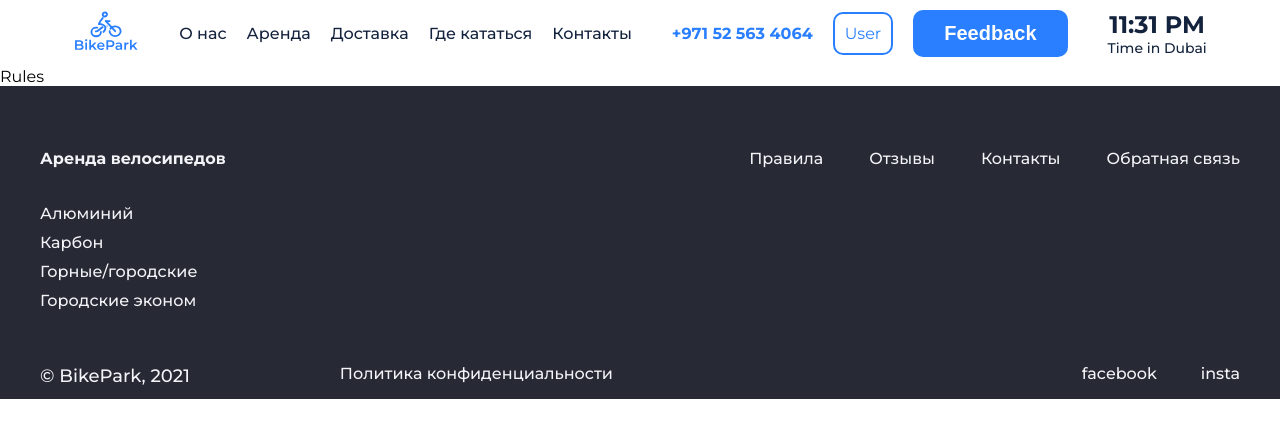
Repository: NineSirius/bikepark
Page: /delivery/rules
The author's editor kept a copy of each file at every save. The page is drawn from the files as they stood at one save, then again after the next save.
The browser window is 1280 px wide. The pictures show the whole page.
The project was rebuilt for these pictures with package versions that can differ from the ones it lists, and the page was loaded fresh each time. The framework's server and built-in components were replaced by stand-ins that run in the browser. Also part of the build but not shown: next.config.js, src/containers/RulesPage/RulesPage.module.css, src/containers/RulesPage/index.jsx.

Above is the page before, as saved 2023-03-14 21:17:02.

### src/pages/_app.jsx
import { Layout } from '@/containers/Layout'
import '@/styles/globals.css'
import { Montserrat } from 'next/font/google'

const montserrat = Montserrat({
    weight: ['400', '500', '600', '700'],
    subsets: ['latin'],
})

export default function App({ Component, pageProps }) {
    return (
        <>
            <div className={montserrat.className}>
                <Layout>
                    <Component {...pageProps} />
                </Layout>
            </div>
        </>
    )
}

### src/pages/delivery/rules/index.jsx
import { RulesPage } from "@/containers/RulesPage";

const Rules = () => {
  return <div>Rules</div>;
};

export default Rules;

### src/containers/Layout/index.jsx
import { Footer } from '@/components/Footer'
import { Navbar } from '@/components/Navbar'
import React from 'react'

export const Layout = ({ children }) => {
    return (
        <>
            <Navbar />

            <main className="main">{children}</main>
            <Footer/>
        </>
    )
}

### src/styles/globals.css
*,
*::before,
*::after {
    box-sizing: border-box;
    margin: 0;
    padding: 0;
}

:root {
    --primary-color: #297fff;
    --primary-hover-color: #005eff;

    --bg-color: #f2f4f7;
    --borders-color: #dde3eb;
    --captions-color: #abb1c5;
    --text-box-color: #737b98;
    --text-color: #14233d;
    --bg-footer: #272934;

    --max-width: 1240px;

    --big-title-size: 4.375rem;
    --medium-title-size: 3.75rem;
    --subtitle-size: 2.5rem;
    --main-text-size: 1.875rem;
    --caption-size: 1.25rem;
    --link-size: 1rem;
}

a {
    color: var(--primary-color);
    font-size: 16px;
    font-weight: 500;
    text-decoration: none;
}

a:hover {
    color: var(--primary-hover-color);
    text-decoration: underline;
}
p {
    font-weight: 500;
    font-size: 18px;
    line-height: 140%;

    color: var(--text-color);
}
ul {
    list-style: none;
}

h1,
h2,
h3,
h4,
h5,
h6 {
    color: var(--text-color);
}

ul {
    list-style: none;
}
.container {
    max-width: var(--max-width);
    margin: 0 auto;
    padding: 10px 20px;
}

.card {
    background: #f2f4f7;
    border-radius: 20px;
    padding: 50px 40px;
}

.overlay {
    position: fixed;
    top: 0;
    left: 0;
    width: 100vw;
    height: 100vh;
    background: rgba(0, 0, 0, 0.5);
    z-index: 10;
    visibility: hidden;
    opacity: 0;
    transition: 0.2s;
}

.overlay.active {
    visibility: visible;
    opacity: 1;
}

### src/components/Footer/index.jsx
import styles from "./footer.module.css";
import Link from "next/link";
import clsx from "clsx";

export const Footer = () => {
  return (
    <footer className={styles.footer}>
      <div className={clsx(styles.footerContent, "container")}>
        <div className={styles.links}>
          <h4 className={styles.white}>Аренда велосипедов</h4>
          <div className={styles.gap}>
            <Link className={styles.a} href="">
              Правила
            </Link>
            <Link className={styles.a} href="">
              Отзывы
            </Link>
            <Link className={styles.a} href="">
              Контакты
            </Link>
            <Link className={styles.a} href="">
              Обратная связь
            </Link>
          </div>
        </div>

        <ul className={styles.ul}>
          <div className={styles.heightLink}>
            <li>
              <Link className={styles.a} href="">
                Алюминий
              </Link>
            </li>
            <li>
              <Link className={styles.a} href="">
                Карбон
              </Link>
            </li>
            <li>
              <Link className={styles.a} href="">
                Горные/городские
              </Link>
            </li>
            <li>
              <Link className={styles.a} href="">
                Городские эконом
              </Link>
            </li>
          </div>
        </ul>
        <div className={styles.last}>
          <p className={styles.white}>© BikePark, 2021</p>
          <Link className={styles.a} href="">
            Политика конфиденциальности
          </Link>
          <div className={styles.social}>
            <Link className={styles.a} href="">
              facebook
            </Link>
            <Link className={styles.a} href="">
              insta
            </Link>
          </div>
        </div>
      </div>
    </footer>
  );
};

### src/components/Navbar/index.jsx
import clsx from 'clsx'
import Image from 'next/image'
import Link from 'next/link'
import { useRouter } from 'next/router'
import Button from '../UI/Button'
import { navData } from './navData'
import styles from './style.module.css'
import { useEffect, useState } from 'react'
import { Tooltip } from '../UI/Tooltip'
import { Hamburger } from '../Hamburger'
import { ContactForm } from './ContactForm'

export const Navbar = () => {
    const { asPath } = useRouter()
    const [feedbackActive, setFeedbackActive] = useState(false)

    const [timeDubai, setTimeDubai] = useState('0:00 AM')
    const [navActive, setNavActive] = useState(false)

    let time = new Date()

    setInterval(() => {
        time = new Date()

        const worldTime = time.getUTCHours() + 4

        const timeFormat = worldTime <= 12 ? 'AM' : 'PM'
        const hours = worldTime > 12 ? worldTime - 12 : worldTime

        const minutes =
            time.getMinutes() < 10 ? '0' + time.getMinutes() : time.getMinutes()

        setTimeDubai(`${hours}:${minutes} ${timeFormat}`)
    }, 1000)

    const hamburgerActive = () => {}

    return (
        <header className={styles.header}>
            <div className={clsx('container', styles.navContainer)}>
                <div className="logo">
                    <Image
                        src="/img/logo.svg"
                        alt="logo"
                        width="66"
                        height="42"
                    />
                </div>

                <div
                    className={clsx(
                        styles.mobileNavContainer,
                        navActive && styles.active,
                    )}
                >
                    <nav className={styles.nav}>
                        {navData.map((item) => {
                            return (
                                <Link
                                    key={item.id}
                                    href={item.path}
                                    className={clsx(
                                        styles.navLink,
                                        asPath === item.path && styles.active,
                                    )}
                                >
                                    {item.title}
                                </Link>
                            )
                        })}
                    </nav>

                    <div className={styles.controls}>
                        <Link
                            href="tel:+971 52 563 4064"
                            className={styles.phone}
                        >
                            +971 52 563 4064
                        </Link>

                        <Tooltip type="account" title="User">
                            <Link href="/orders">Личный кабинет</Link>
                            <Link href="/orders">Выйти</Link>
                        </Tooltip>
                        <Button
                            type="nav_default_small"
                            onClick={() => setFeedbackActive(true)}
                        >
                            Feedback
                        </Button>
                    </div>

                    <ContactForm
                        feedbackActive={feedbackActive}
                        setFeedbackActive={setFeedbackActive}
                    />
                </div>
                <div className={styles.navTime}>
                    <h2>{timeDubai}</h2>
                    <span>Time in Dubai</span>
                </div>

                <Hamburger
                    onClick={() => setNavActive((navActive) => !navActive)}
                    isActive={navActive}
                />
            </div>
        </header>
    )
}

### src/components/Footer/footer.module.css
.footer {
  background: var(--bg-footer);
}
.ul {
  padding: 10px 0;
}
.a {
  color: var(--bg-color);
}
.df {
  display: flex;
  justify-content: space-between;
  max-width: 600px;
}
.links {
  margin-top: 53px;
  display: flex;
  justify-content: space-between;
}
.gap {
  display: flex;
  gap: 46px;
}
.white {
  color: var(--bg-color);
}
.heightLink {
  display: flex;
  margin-top: 26px;
  flex-direction: column;
  gap: 10px;
}
.last {
  display: flex;
  justify-content: space-between;
}
.social {
  display: flex;
  gap: 44px;
  margin-left: auto;
}

.last {
  display: flex;
  margin-top: 44px;

  gap: 150px;
}

### src/components/UI/Button/index.jsx
import clsx from 'clsx'
import styles from './Button.module.css'

const Button = ({ children, type, onClick, disabled }) => {
    return (
        <button
            className={clsx(styles.btn, type && styles[type])}
            onClick={onClick && onClick}
            disabled={disabled && disabled}
        >
            {children}
        </button>
    )
}

export default Button

### src/components/Navbar/navData.js
export const navData = [
    {
        id: 1,
        title: 'О нас',
        path: '/about',
    },
    {
        id: 2,
        title: 'Аренда',
        path: '/',
    },
    {
        id: 3,
        title: 'Доставка',
        path: '/delivery',
    },
    {
        id: 4,
        title: 'Где кататься',
        path: '/where-ride',
    },
    {
        id: 5,
        title: 'Контакты',
        path: '/contacts',
    },
]

### src/components/Navbar/style.module.css
.header {
    display: flex;
}

.logo {
    max-width: 66px;
}

.nav {
    display: flex;
    align-items: center;
    gap: 20px;
}

.navContainer {
    display: flex;
    align-items: center;
    gap: 40px;
    padding: 20px 40px;
}

.mobileNavContainer {
    display: flex;
    align-items: center;
    gap: 40px;
}

.navLink {
    color: var(--text-color);
}

.navLink.active {
    color: var(--primary-color);
    font-weight: 700;
}

.navLink:hover {
    text-decoration: none;
}

.controls {
    display: flex;
    align-items: center;
    gap: 20px;
}

.phone {
    font-weight: 700;
}

.navTime {
    display: flex;
    flex-direction: column;
    align-items: center;
}

.navTime span {
    font-weight: 500;
    color: var(--text-color);
    font-size: 14px;
}

.hamburger {
    display: none;
}

/* Modal */

@media (max-width: 1200px) {
    .navContainer {
        align-items: start;
    }

    .mobileNavContainer {
        justify-content: center;
        align-items: center;
        flex-direction: column;
    }
    .controls {
        margin-left: auto;
        order: 2;
    }

    .logo {
        order: 1;
    }

    .nav {
        order: 3;
    }

    .navTime {
        width: max-content;
    }
}

@media (max-width: 768px) {
    .navContainer {
        position: relative;
        width: 100vw;
        gap: 10px;
    }

    .logo {
        margin-right: auto;
        z-index: 13;
    }
    .navTime {
        margin-left: auto;
    }

    .mobileNavContainer {
        position: fixed;
        bottom: 0;
        right: 0;
        width: 100vw;
        height: 100%;
        flex-wrap: nowrap;
        flex-direction: column;
        align-items: start;
        background: #fff;
        z-index: 11;

        transition: 0.2s;
        transform: translateX(100%);
    }

    .mobileNavContainer .nav {
        padding: 40px;
        align-items: start;
        flex-direction: column;
        gap: 40px;
        order: 1;
    }

    .mobileNavContainer .nav a {
        font-size: 24px;
    }

    .mobileNavContainer .controls {
        width: 100%;
        display: flex;
        flex-direction: column;
        margin: unset;
        padding: 40px;
    }

    .logo,
    .navTime {
        z-index: 15;
    }

    .mobileNavContainer.active {
        transform: translateX(0);
    }
}

### src/components/UI/Tooltip/index.jsx
import clsx from 'clsx'
import { useState } from 'react'
import Button from '../Button'
import styles from './Tooltip.module.css'

export const Tooltip = ({ children, type, title }) => {
    const [isVisible, setIsVisible] = useState(false)
    const change = () => {
        setIsVisible((state) => !state)
    }
    return (
        <>
            <div className={styles.tooltip}>
                <div className={styles.btn}>
                    <label>
                        <input type="checkbox" onChange={change} />
                        <span className={isVisible && styles.active}>
                            {title}
                        </span>
                    </label>
                </div>
                <div
                    className={clsx(
                        styles.tooltipContent,
                        type && styles[type],
                        isVisible && styles.active,
                    )}
                >
                    {children}
                </div>
            </div>

            <div
                className={clsx(styles.overlay, isVisible && styles.active)}
                onClick={change}
            ></div>
        </>
    )
}

### src/components/Hamburger/index.jsx
import hamburgerCss from './hamburger.module.css'

import clsx from 'clsx'

export const Hamburger = ({ onClick, isActive }) => {
    return (
        <div
            className={clsx(
                hamburgerCss.hamburger,
                hamburgerCss['hamburger--slider'],
                isActive && hamburgerCss['is-active'],
            )}
            onClick={onClick}
        >
            <div className={hamburgerCss['hamburger-box']}>
                <div className={hamburgerCss['hamburger-inner']}></div>
            </div>
        </div>
    )
}

### src/components/Navbar/ContactForm/index.jsx
import { Modal } from '@/components/UI/Modal'
import { Input } from '@/components/UI/Input'
import Button from '@/components/UI/Button'
import styles from './ContactForm.module.css'
import { CheckBox } from '@/components/UI/Checkbox'
import { useState } from 'react'
import { postQuestionRequest } from '@/api/requests'

export const ContactForm = ({ feedbackActive, setFeedbackActive }) => {
    const [contactData, setContactData] = useState({
        name: '',
        phone: '',
        agreement: false,
    })

    const change = (e) => {
        setContactData((contactData) => {
            if (e.target.name !== 'agreement') {
                console.log(e.target.value)
                return {
                    ...contactData,
                    [e.target.name]: e.target.value,
                }
            } else {
                console.log(e.target.checked)

                return {
                    ...contactData,
                    [e.target.name]: e.target.checked,
                }
            }
        })
    }

    const submit = (e) => {
        e.preventDefault()
        // postQuestionRequest(contactData)
    }

    return (
        <Modal
            isVisible={feedbackActive}
            close={() => setFeedbackActive(false)}
        >
            <h2 className={styles.title}>
                Есть вопросы? Оставьте номер, и мы все обсудим
            </h2>

            <form onSubmit={submit}>
                <div className={styles.contactForm}>
                    <Input
                        type="text"
                        placeholder="Имя*"
                        name="name"
                        onChange={change}
                        required
                    />
                    <Input
                        type="text"
                        placeholder="Номер телефона*"
                        name="phone"
                        onChange={change}
                        required
                    />

                    <div className={styles.formCheck}>
                        <CheckBox
                            type="default"
                            onChange={change}
                            name="agreement"
                            required
                        />
                        <h4 className={styles['check-title']}>
                            Согласие на обработку персональных данных
                        </h4>
                    </div>

                    <Button
                        type="default_fill"
                        disabled={!contactData.agreement}
                    >
                        Отправить
                    </Button>
                </div>
            </form>
        </Modal>
    )
}

### src/components/UI/Button/Button.module.css
.btn {
    display: inline-flex;
    justify-content: center;
    align-items: center;
    color: #fff;
    font-weight: 700;
    border: unset;
    background: var(--primary-color);
    font-size: 20px;
    border-radius: 10px;
    transition: 0.2s;
}

.default,
.default_fill {
    padding: 20px 0;
    min-width: 260px;
}

.default_fill {
    width: 100%;
    font-weight: 500;
}

.default_small,
.nav_default_small {
    padding: 12px 31px;
}

.default:hover,
.default_small:hover,
.nav_default_small:hover,
.default_fill:hover {
    cursor: pointer;
    background: var(--primary-hover-color);
}

.default:disabled,
.default_small:disabled,
.nav_default_small:disabled,
.default_fill:disabled {
    background: var(--borders-color);
}

.default:disabled:hover,
.default_small:disabled:hover,
.nav_default_small:disabled:hover,
.default_fill:disabled:hover {
    cursor: not-allowed;
    background: var(--borders-color);
}

.square_outline {
    cursor: pointer;
    padding: 10px 15px;
    background: none;
    color: var(--primary-color);
    border: 2px solid var(--primary-color);
}

.square_outline:hover {
    background: var(--primary-color);
    color: #fff;
    border: 2px solid var(--primary-hover-color);
}

@media (max-width: 768px) {
    .nav_default_small {
        width: 100%;
        font-weight: 500;
    }
}

### src/components/UI/Tooltip/Tooltip.module.css
.tooltip {
    position: relative;
    display: inline-flex;
}

.tooltip input {
    display: none;
}

.tooltip span {
    display: inline-flex;
    border: 2px solid var(--primary-color);
    padding: 10px;
    border-radius: 10px;
    color: var(--primary-color);
    transition: 0.2s;
}

.tooltip span:hover {
    cursor: pointer;
    background: var(--primary-color);
    color: #fff;
}

.tooltip span.active {
    background: var(--primary-color);
    color: #fff;
}

.tooltipContent {
    width: max-content;
    max-width: 260px;
    position: absolute;
    top: 45px;
    left: 50%;
    transform: translateX(-50%);
    background: #ffffff;
    border: 1px solid var(--borders-color);
    border-radius: 2px;
    padding: 10px 24px;
    border-radius: 10px;
    z-index: 101;
    visibility: hidden;
    opacity: 0;
    transition: 0.2s;
}

.tooltipContent::before,
.tooltipContent::after {
    content: '';
    position: absolute;
    left: 50%;
    transform: translateX(-50%);
    top: -20px;
    border: 10px solid transparent;
    border-bottom: 10px solid var(--borders-color);
}
.tooltipContent::after {
    border-bottom: 10px solid white;
    top: -19px;
}

.tooltipContent.active {
    visibility: visible;
    opacity: 1;
}

.account {
    display: flex;
    flex-direction: column;
    gap: 10px;
}

.account a {
    color: var(--text-color);
}
.account a:hover {
    color: var(--text-color);
}

.overlay {
    position: fixed;
    top: 0;
    left: 0;
    width: 100vw;
    height: 100vh;
    z-index: 100;

    display: none;
}

.overlay.active {
    display: block;
}

### src/components/Hamburger/hamburger.module.css
.hamburger {
    padding: 15px 0;
    display: none;
    cursor: pointer;
    transition-property: opacity, filter;
    transition-duration: 0.15s;
    transition-timing-function: linear;
    font: inherit;
    color: inherit;
    text-transform: none;
    background-color: transparent;
    border: 0;
    margin: 0;
    overflow: visible;
    z-index: 12;
}
.hamburger:hover {
    opacity: 0.7;
}
.hamburger.is-active:hover {
    opacity: 0.7;
}
.hamburger.is-active .hamburger-inner,
.hamburger.is-active .hamburger-inner::before,
.hamburger.is-active .hamburger-inner::after {
    background-color: #000;
}

.hamburger-box {
    width: 40px;
    height: 24px;
    display: inline-block;
    position: relative;
}

.hamburger-inner {
    display: block;
    top: 50%;
    margin-top: -2px;
}
.hamburger-inner,
.hamburger-inner::before,
.hamburger-inner::after {
    width: 40px;
    height: 4px;
    background-color: #000;
    border-radius: 4px;
    position: absolute;
    transition-property: transform;
    transition-duration: 0.15s;
    transition-timing-function: ease;
}
.hamburger-inner::before,
.hamburger-inner::after {
    content: '';
    display: block;
}
.hamburger-inner::before {
    top: -10px;
}
.hamburger-inner::after {
    bottom: -10px;
}

.hamburger--slider .hamburger-inner {
    top: 2px;
}
.hamburger--slider .hamburger-inner::before {
    top: 10px;
    transition-property: transform, opacity;
    transition-timing-function: ease;
    transition-duration: 0.15s;
}
.hamburger--slider .hamburger-inner::after {
    top: 20px;
}

.hamburger--slider.is-active .hamburger-inner {
    transform: translate3d(0, 10px, 0) rotate(45deg);
}
.hamburger--slider.is-active .hamburger-inner::before {
    transform: rotate(-45deg) translate3d(-5.71429px, -6px, 0);
    opacity: 0;
}
.hamburger--slider.is-active .hamburger-inner::after {
    transform: translate3d(0, -20px, 0) rotate(-90deg);
}

.hamburger--slider-r .hamburger-inner {
    top: 2px;
}
.hamburger--slider-r .hamburger-inner::before {
    top: 10px;
    transition-property: transform, opacity;
    transition-timing-function: ease;
    transition-duration: 0.15s;
}
.hamburger--slider-r .hamburger-inner::after {
    top: 20px;
}

.hamburger--slider-r.is-active .hamburger-inner {
    transform: translate3d(0, 10px, 0) rotate(-45deg);
}
.hamburger--slider-r.is-active .hamburger-inner::before {
    transform: rotate(45deg) translate3d(5.71429px, -6px, 0);
    opacity: 0;
}
.hamburger--slider-r.is-active .hamburger-inner::after {
    transform: translate3d(0, -20px, 0) rotate(90deg);
}

@media (max-width: 768px) {
    .hamburger {
        display: inline-flex;
    }
}

### src/components/UI/Modal/index.jsx
import clsx from 'clsx'
import styles from './Modal.module.css'

export const Modal = ({ children, isVisible, close }) => {
    return (
        <>
            <div className={clsx(styles.modal, isVisible && styles.active)}>
                {children}
            </div>

            <div
                className={clsx('overlay', isVisible && 'active')}
                onClick={close}
            ></div>
        </>
    )
}

### src/components/UI/Input/index.jsx
import styles from './style.module.css'

export const Input = ({ type, placeholder, onChange, name, required }) => {
    return (
        <>
            <label>
                <div className={styles.inputWrap}>
                    <input
                        type={type}
                        name={name && name}
                        onChange={onChange && onChange}
                        placeholder={placeholder}
                        required={required && required}
                    />
                </div>
            </label>
        </>
    )
}

### src/components/Navbar/ContactForm/ContactForm.module.css
.contactForm {
    display: flex;
    flex-direction: column;
    gap: 20px;
}

.title {
    margin-bottom: 35px;
    font-weight: 600;
    font-size: 28px;
}

.formCheck {
    display: flex;
    align-items: center;
    gap: 15px;
}

.check-title {
    font-weight: 500;
}

### src/components/UI/Checkbox/index.jsx
import styles from './Checkbox.module.css'

export const CheckBox = ({ type, onChange, name, required }) => {
    return (
        <label>
            <div className={styles.checkbox}>
                <input
                    type="checkbox"
                    onChange={onChange && onChange}
                    name={name && name}
                    required={required && required}
                />
                <span className={type && styles[type]}></span>
            </div>
        </label>
    )
}

### src/api/requests.js
// import got from 'got'

// const strapiApi = got.extend({
//     prefixUrl: 'http://localhost:1337/api',
// })

// export const postQuestionRequest = async (data) => {
//     await strapiApi.post({ json: data })
// }

### src/components/UI/Modal/Modal.module.css
.modal {
    max-width: 640px;
    position: fixed;
    top: 50%;
    left: 50%;
    transform: translate(-50%, -50%);

    background: #ffffff;
    border-radius: 15px;
    padding: 40px;

    visibility: hidden;
    opacity: 0;
    transition: 0.2s;
    z-index: 12;
}

.modal.active {
    visibility: visible;
    opacity: 1;
}

### src/components/UI/Input/style.module.css
.inputWrap {
    width: 100%;
    background: #ffffff;
    border: 1px solid #dde3eb;
    border-radius: 15px;
    padding: 20px;
}

.inputWrap input {
    display: inline-flex;
    border: unset;
    background: unset;
    outline: unset;
    color: var(--text-color);
    font-weight: 500;
    font-size: 18px;
}

.inputWrap input::placeholder {
    font-weight: 500;
    font-size: 18px;
    color: var(--text-box-color);
}

### src/components/UI/Checkbox/Checkbox.module.css
.checkbox input[type='checkbox'] {
    display: none;
}

.default {
    display: flex;
    border: 1px solid var(--borders-color);
    background: #fff;
    width: 32px;
    height: 32px;
    border-radius: 10px;
    transition: 0.2s;
    justify-content: center;
    align-items: center;
}

.checkbox:hover {
    cursor: pointer;
}

.checkbox input[type='checkbox']:checked + .default {
    background: var(--primary-color);
    border: unset;
}

.checkbox input[type='checkbox']:checked + .default::before {
    content: '✓';
    color: #fff;
    font-size: 20px;
}

Loaded but not shown: src/pages/_document.js (common file)

After the next save:
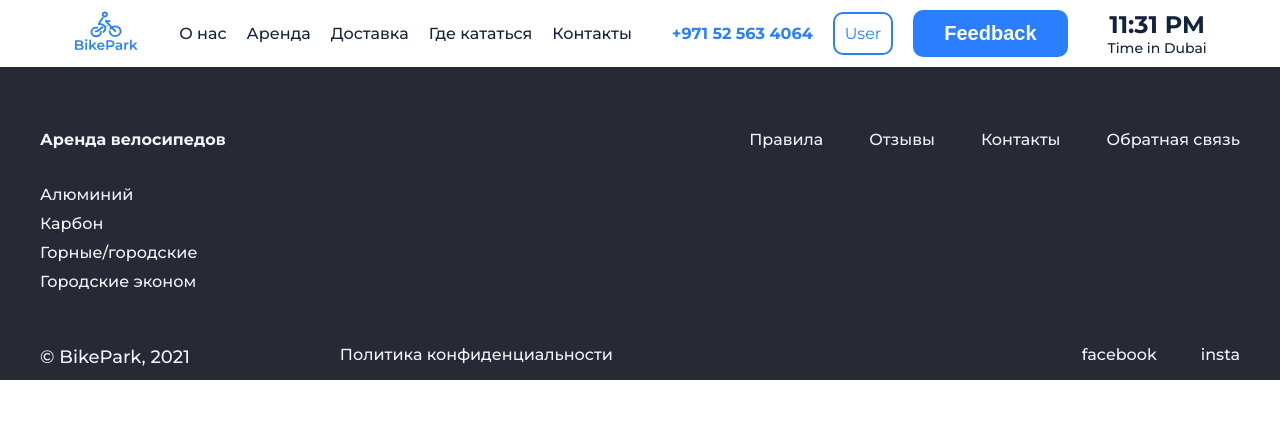
Saved 50 s later.
--- a/src/pages/delivery/rules/index.jsx
+++ b/src/pages/delivery/rules/index.jsx
@@ -1,7 +1,7 @@
 import { RulesPage } from "@/containers/RulesPage";
 
 const Rules = () => {
-  return <div>Rules</div>;
+  return;
 };
 
 export default Rules;
